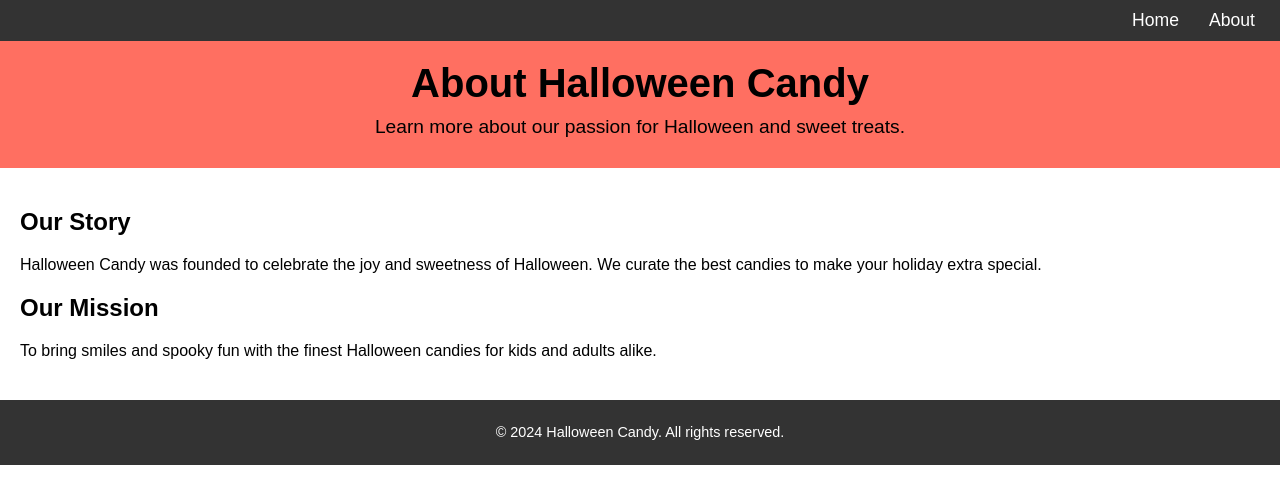
Repository: monicaifijeh/test2
Page: kyportfolio/src/aboutHallo.html
These files come from the project's save history. The page is drawn as it stood at one moment and after the next save; the edit follows.
The browser window is 1280 px wide. The pictures show the whole page.

Above is the page before, as saved 2024-12-20 01:19:45.

After the next save:
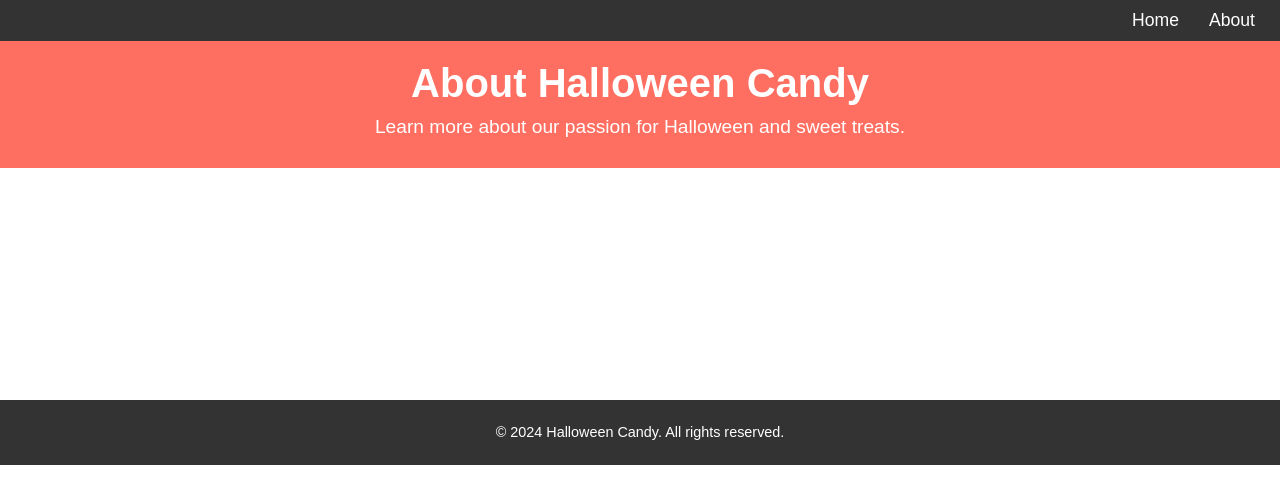
Saved 4 s later.
--- a/kyportfolio/src/kystyle.css
+++ b/kyportfolio/src/kystyle.css
@@ -2,7 +2,7 @@ body {
     font-family: Arial, sans-serif;
     margin: 0;
     padding: 0;
-ba
+background-image: ;
     color: #fff;
 }
 
